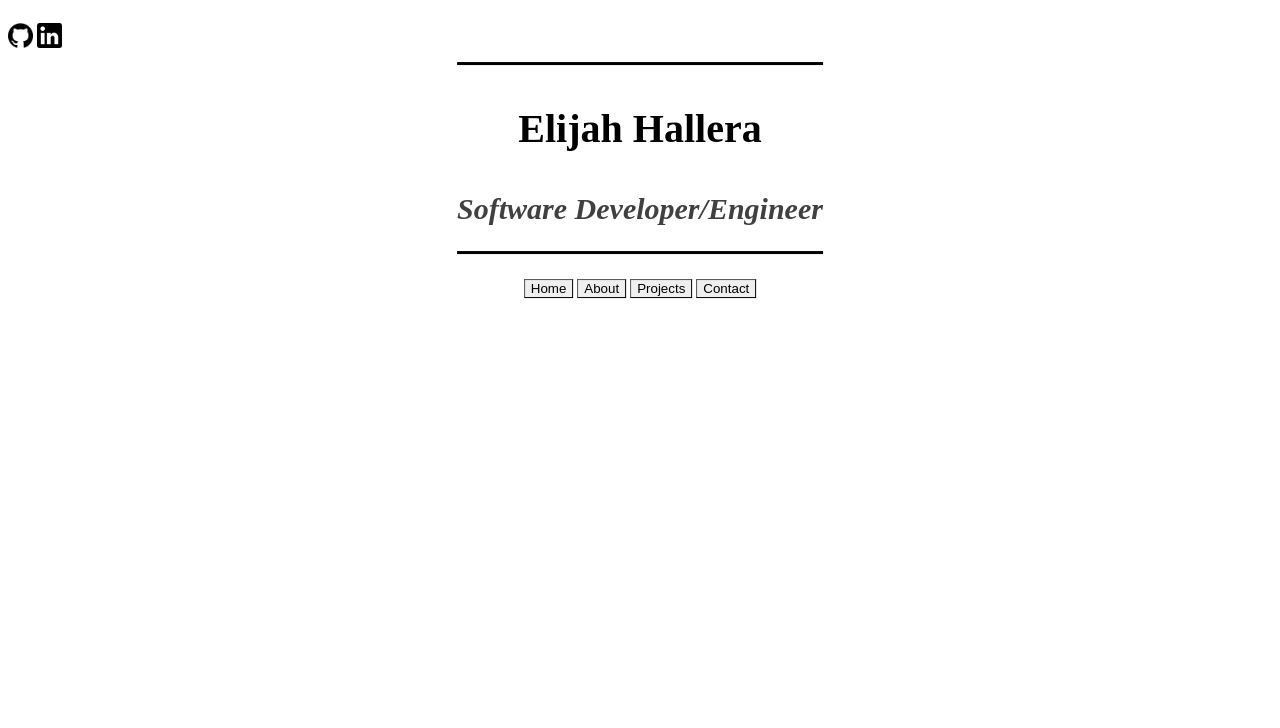
Repository: ElijahHallera/ElijahHallera.github.io
Page: http://localhost/
The author's editor kept a record of every edit. The page is drawn from the files as they stood at one moment, then again after the next edit.
The browser window is 1280 px wide. The pictures show the whole page.
The page is served by the project's Node server (index.js).

Above is the page before.

After the next edit:
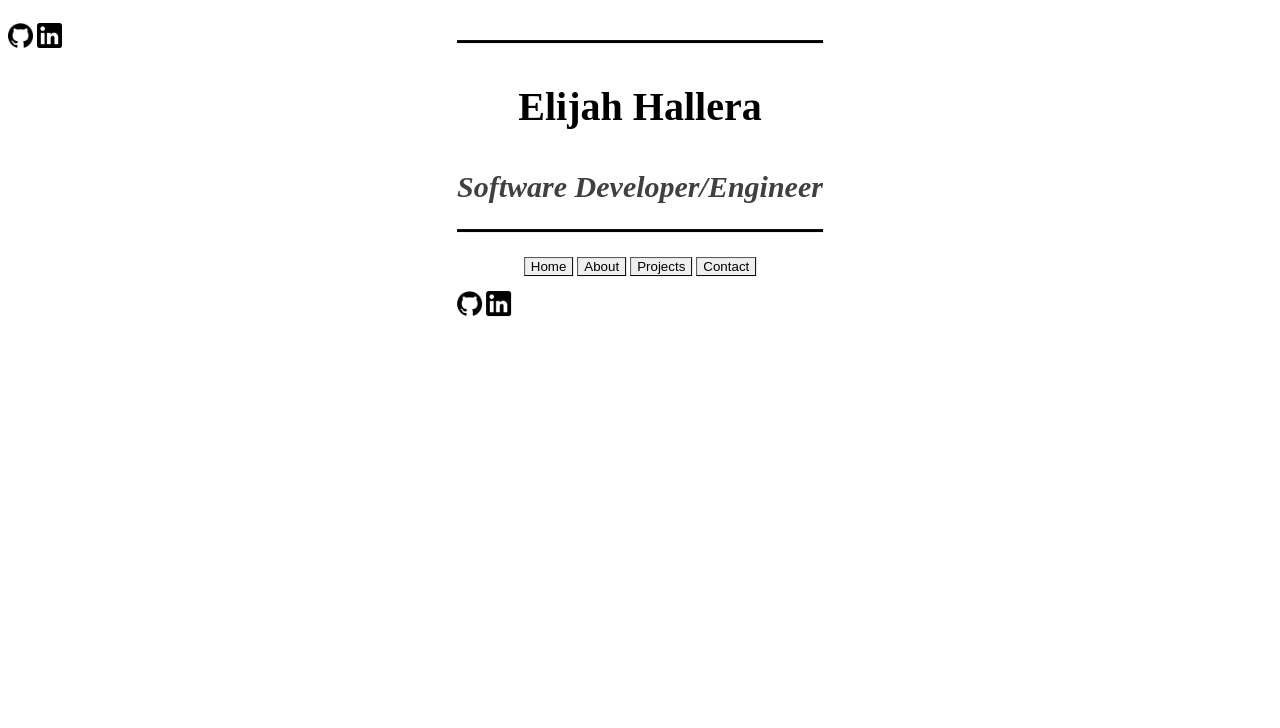
The edit:
--- a/views/Homepage.ejs
+++ b/views/Homepage.ejs
@@ -14,6 +14,10 @@
 			<a href= "/projects"> <button class="button btn btn-default"> Projects </button></a>
 			<a href= "/contact"><button class="button btn btn-default"> Contact </button></a>
 		</nav>
+
+		<a class="centered2"  href="https://github.com/ElijahHallera"> <img class="gitIcon" src="images/git2.png"></a>
+	<a class="centered3"  href="https://www.linkedin.com/in/elijah-hallera-892278199/"> <img class="linkedIcon" src="images/LinkedInLogo.png"></a>
+
 	</div>
 
 	<a class="centered2"  href="https://github.com/ElijahHallera"> <img class="gitIcon" src="images/git2.png"></a>
